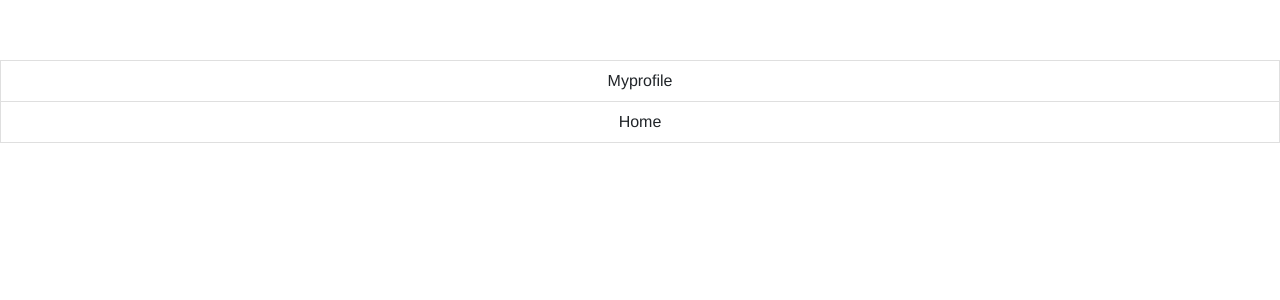
Repository: Shanshan67/todolist
Page: /#/todolist
An editor plug-in stored every save of this project. The page is shown before and after the next save, followed by the edit.
The browser window is 1280 px wide. The pictures show the whole page.
The project was rebuilt for these pictures with package versions that can differ from the ones it lists, and the page was loaded fresh each time. Also part of the build but not shown: src/components/HelloWorld.vue, src/components/Myprofile.vue. Imported but missing from the stored project, and not drawn on this page: src/components/Home.

Above is the page before, as saved 2022-07-15 14:47:34.

After the next save:
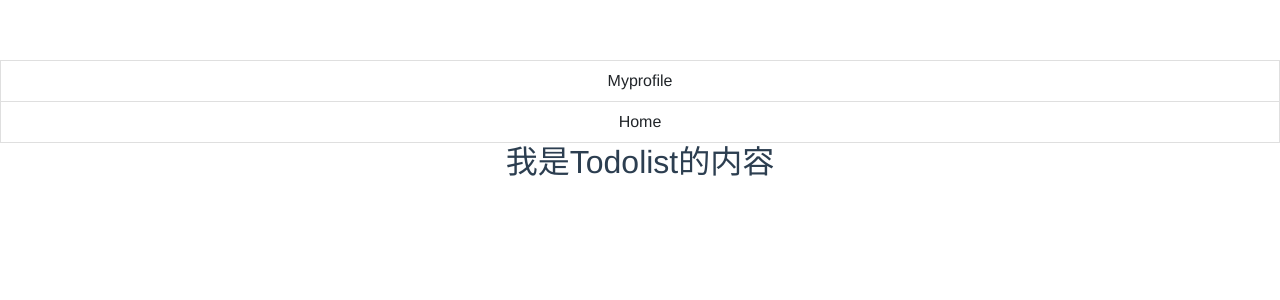
Saved 31 s later.
--- a/src/router/index.js
+++ b/src/router/index.js
@@ -2,7 +2,7 @@ import Vue from 'vue'
 import Router from 'vue-router'
 import HelloWorld from '@/components/HelloWorld'
 import Myprofile from '../components/Myprofile'
-import Home from '../components/Home'
+import Todolist from '../components/Todolist'
 
 Vue.use(Router)
 
@@ -18,8 +18,8 @@ export default new Router({
 			component:Myprofile
 		},
 		{
-			path:'/home',
-			component:Home
+			path:'/todolist',
+			component:Todolist
 		}
   ]
 })
